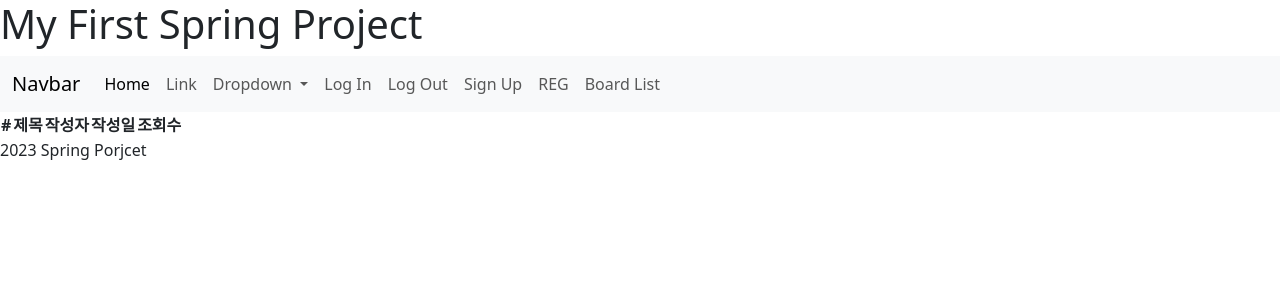
Repository: Leesunghoon1/ezenSpring
Page: http://localhost/spring-Test/WEB-INF/views/board/list.jsp
The author's editor kept a copy of each file at every save. The page is drawn from the files as they stood at one save, then again after the next save.
The browser window is 1280 px wide. The pictures show the whole page.
The page is served by Tomcat 9. Nobody is signed in. The template is opened directly, without the code that normally fills it, so the values that code supplies are empty.

Above is the page before, as saved 2023-10-05 09:00:05.

After the next save:
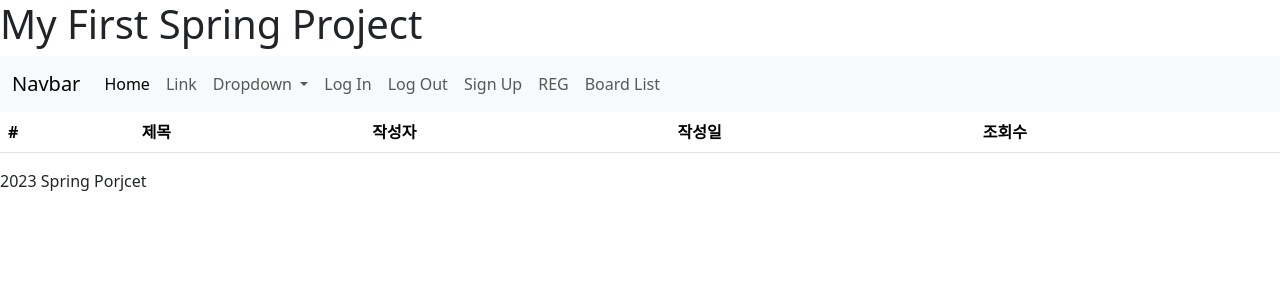
Saved 34 s later.
--- a/spring-Test/src/main/webapp/WEB-INF/views/board/list.jsp
+++ b/spring-Test/src/main/webapp/WEB-INF/views/board/list.jsp
@@ -9,7 +9,7 @@
 </head>
 <body>
 <jsp:include page="../layout/header.jsp"></jsp:include>
-<table>
+<table class="table table=hover">
 <thead>
 <tr>
 	<th>#</th>
